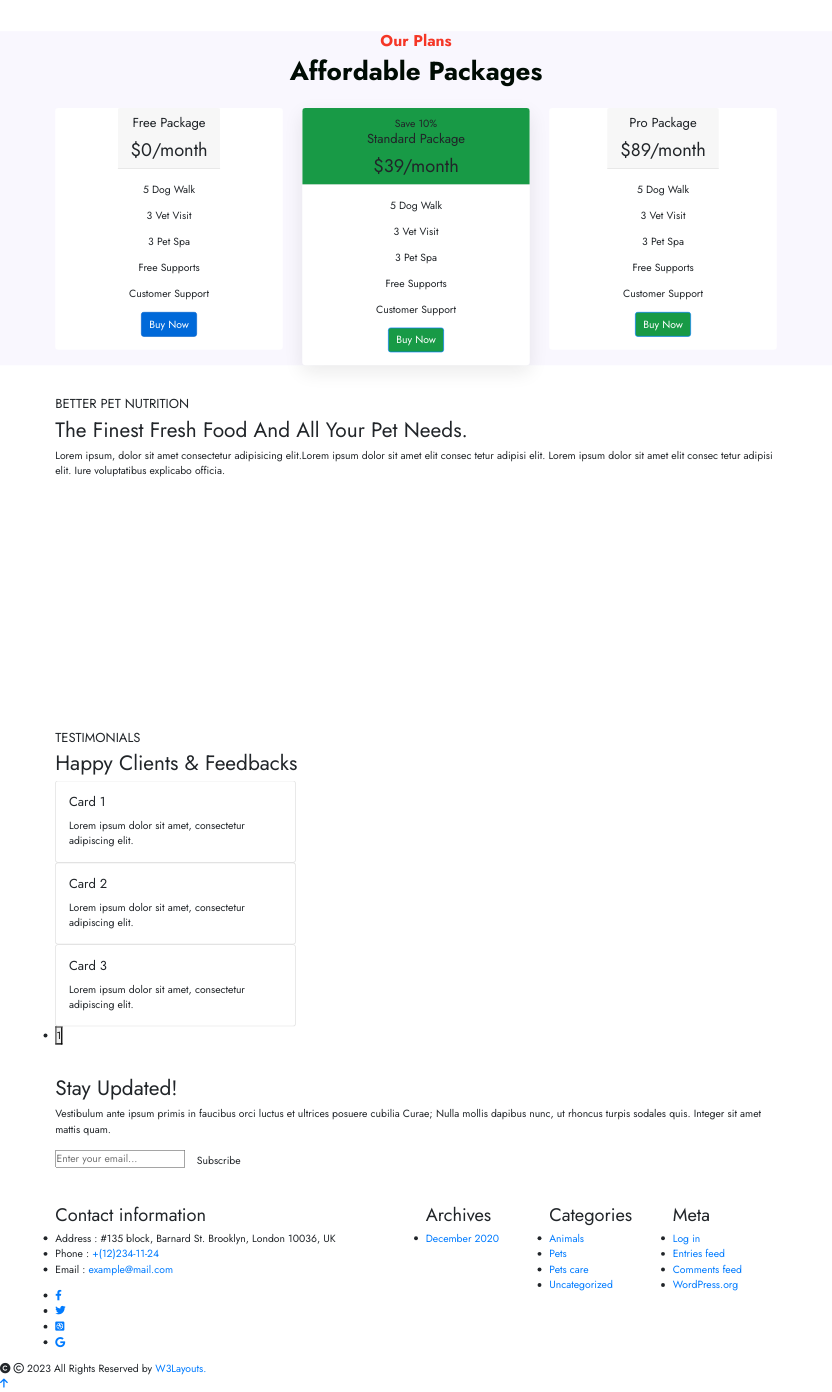
Repository: thanhfrankie/poochcare
Page: index.html
These files come from the project's save history. The page is drawn as it stood at one moment and after a run of saves; the edit follows.
The browser window is 1280 px wide. The pictures show the whole page, at 65% of full size.
The pointer rests on the first visible `.btn-buy`.
Pictures or frames that could not be fetched are drawn as grey boxes.

Above is the page before, as saved 2023-12-20 22:00:22.

### index.html
<!DOCTYPE html>
<html lang="en">
  <head>
    <title>Pooch Care</title>
    <!-- Required meta tags -->
    <meta charset="utf-8" />
    <meta
      name="viewport"
      content="width=device-width, initial-scale=1, shrink-to-fit=no"
    />
    <!-- FONT AWESOME -->
    <link
      rel="stylesheet"
      href="https://cdnjs.cloudflare.com/ajax/libs/font-awesome/6.4.2/css/all.min.css"
      integrity="sha512-z3gLpd7yknf1YoNbCzqRKc4qyor8gaKU1qmn+CShxbuBusANI9QpRohGBreCFkKxLhei6S9CQXFEbbKuqLg0DA=="
      crossorigin="anonymous"
      referrerpolicy="no-referrer"
    />
    <!-- Bootstrap CSS -->
    <link
      rel="stylesheet"
      href="https://stackpath.bootstrapcdn.com/bootstrap/4.3.1/css/bootstrap.min.css"
      integrity="sha384-ggOyR0iXCbMQv3Xipma34MD+dH/1fQ784/j6cY/iJTQUOhcWr7x9JvoRxT2MZw1T"
      crossorigin="anonymous"
    />
    <!-- Font Jost -->
    <link rel="preconnect" href="https://fonts.googleapis.com" />
    <link rel="preconnect" href="https://fonts.gstatic.com" crossorigin />
    <link
      href="https://fonts.googleapis.com/css2?family=Jost:wght@300;400;700&display=swap"
      rel="stylesheet"
    />
    <!-- Pricing CSS -->
    <link rel="stylesheet" href="./css/pricing.css" />
    <!-- pet food CSS (em đặt tên nutrition hay pet-nutrition hay pet__nutrition nó không cho đặt vậy ạ) -->
    <link rel="stylesheet" href="./css/petfood.css" />
    <!-- Testimonials CSS -->
    <link rel="stylesheet" href="./css/testimonials.css" />
    <!-- Subscribe CSS -->
    <link rel="stylesheet" href="./css/subscribe.css" />
    <!-- footer CSS -->
    <link rel="stylesheet" href="./css/footer.css" />
    <!-- Main CSS -->
    <link rel="stylesheet" href="./css/style.css" />
  </head>
  <body>
    <!-- Pricing -->
    <section class="pricing" id="pricing">
      <div class="container mt-5">
        <div class="title">
          <h4>Our Plans</h4>
          <h2>Affordable Packages</h2>
        </div>
        <div class="row mt-6">
          <!-- Pricing Card 1 -->
          <div class="col-lg-4">
            <div class="card">
              <div class="card-header">
                <h5 class="card-title">Free Package</h5>
                <h3 class="card-text">$0/month</h3>
              </div>
              <div class="card-body">
                <p class="card-text">5 Dog Walk</p>
                <p class="card-text">3 Vet Visit</p>
                <p class="card-text">3 Pet Spa</p>
                <p class="card-text">Free Supports</p>
                <p class="card-text">Customer Support</p>
                <a href="#" class="btn btn-primary btn-buy">Buy Now</a>
              </div>
            </div>
          </div>

          <!-- Pricing Card 2 -->
          <div class="col-lg-4">
            <div class="card card2">
              <div class="card-header">
                <div class="card-save">Save 10%</div>
                <h5 class="card-title">Standard Package</h5>
                <h3 class="card-text">$39/month</h3>
              </div>
              <div class="card-body">
                <p class="card-text">5 Dog Walk</p>
                <p class="card-text">3 Vet Visit</p>
                <p class="card-text">3 Pet Spa</p>
                <p class="card-text">Free Supports</p>
                <p class="card-text">Customer Support</p>
                <a href="#" class="btn btn-primary btn-buy">Buy Now</a>
              </div>
            </div>
          </div>

          <!-- Pricing Card 3 -->
          <div class="col-lg-4">
            <div class="card">
              <div class="card-header">
                <h5 class="card-title">Pro Package</h5>
                <h3 class="card-text">$89/month</h3>
              </div>
              <div class="card-body">
                <p class="card-text">5 Dog Walk</p>
                <p class="card-text">3 Vet Visit</p>
                <p class="card-text">3 Pet Spa</p>
                <p class="card-text">Free Supports</p>
                <p class="card-text">Customer Support</p>
                <a href="#" class="btn btn-primary btn-buy">Buy Now</a>
              </div>
            </div>
          </div>
        </div>
      </div>
    </section>
    <!-- PET NUTRITION -->
    <section class="nutrition">
      <div class="container mt-5">
        <h5>BETTER PET NUTRITION</h5>
        <h2>The Finest Fresh Food And All Your Pet Needs.</h2>
        <p>
          Lorem ipsum, dolor sit amet consectetur adipisicing elit.Lorem ipsum
          dolor sit amet elit consec tetur adipisi elit. Lorem ipsum dolor sit
          amet elit consec tetur adipisi elit. Iure voluptatibus explicabo
          officia.
        </p>
        <iframe
          width="560"
          height="315"
          src="https://www.youtube.com/embed/JXUTJNv4j6A?si=1nzgvqwKbkVzJ4BS"
          title="YouTube video player"
          frameborder="0"
          allow="accelerometer; autoplay; clipboard-write; encrypted-media; gyroscope; picture-in-picture; web-share"
          allowfullscreen
        ></iframe>
      </div>
    </section>
    <!-- TESTIMONIALS -->
    <section class="testimonial">
      <div class="container mt-5">
        <h5>TESTIMONIALS</h5>
        <h2>Happy Clients & Feedbacks</h2>
        <div class="slick-carousel">
          <!-- Slick Carousel Item 1 -->
          <div class="card">
            <div class="card-body">
              <h5 class="card-title">Card 1</h5>
              <p class="card-text">
                Lorem ipsum dolor sit amet, consectetur adipiscing elit.
              </p>
            </div>
          </div>

          <!-- Slick Carousel Item 2 -->
          <div class="card">
            <div class="card-body">
              <h5 class="card-title">Card 2</h5>
              <p class="card-text">
                Lorem ipsum dolor sit amet, consectetur adipiscing elit.
              </p>
            </div>
          </div>

          <!-- Slick Carousel Item 3 -->
          <div class="card">
            <div class="card-body">
              <h5 class="card-title">Card 3</h5>
              <p class="card-text">
                Lorem ipsum dolor sit amet, consectetur adipiscing elit.
              </p>
            </div>
          </div>
        </div>
      </div>
    </section>
    <!-- Subscribe -->
    <section class="subscribe">
      <div class="container mt-5">
        <h2>Stay Updated!</h2>
        <p>
          Vestibulum ante ipsum primis in faucibus orci luctus et ultrices
          posuere cubilia Curae; Nulla mollis dapibus nunc, ut rhoncus turpis
          sodales quis. Integer sit amet mattis quam.
        </p>
        <input
          type="email"
          name=""
          id="subscribe"
          placeholder="Enter your email..."
        />
        <button class="btn">Subscribe</button>
      </div>
    </section>
    <footer>
      <div class="container mt-5">
        <div class="row">
          <div class="col-lg-6">
            <h3>Contact information</h3>
            <ul class="footer__contact">
              <li>
                Address : #135 block, Barnard St. Brooklyn, London 10036, UK
              </li>
              <li>
                Phone :
                <span>
                  <a href="#">+(12)234-11-24</a>
                </span>
              </li>
              <li>
                Email :
                <span>
                  <a href="#">example@mail.com</a>
                </span>
              </li>
            </ul>
            <ul class="footer__social">
              <li>
                <a href="https://www.facebook.com/w3layouts/">
                  <i class="fa-brands fa-facebook-f"></i
                ></a>
              </li>
              <li>
                <a href="https://twitter.com/W3layouts"
                  ><i class="fa-brands fa-twitter"></i
                ></a>
              </li>
              <li>
                <a href="https://dribbble.com/w3layouts"
                  ><i class="fa-brands fa-square-dribbble"></i
                ></a>
              </li>
              <li>
                <a href="https://myaccount.google.com/intro/profile"
                  ><i class="fa-brands fa-google"></i
                ></a>
              </li>
            </ul>
          </div>
          <div class="col-lg-6">
            <div class="row">
              <div class="col-sm-4">
                <h3>Archives</h3>
                <ul>
                  <li>
                    <a href="#"> December 2020 </a>
                  </li>
                </ul>
              </div>
              <div class="col-sm-4">
                <h3>Categories</h3>
                <ul>
                  <li>
                    <a href="#"> Animals </a>
                  </li>
                  <li>
                    <a href="#"> Pets </a>
                  </li>
                  <li>
                    <a href="#"> Pets care </a>
                  </li>
                  <li>
                    <a href="#"> Uncategorized </a>
                  </li>
                </ul>
              </div>
              <div class="col-sm-4">
                <h3>Meta</h3>
                <ul>
                  <li>
                    <a href="#"> Log in </a>
                  </li>
                  <li>
                    <a href="#"> Entries feed </a>
                  </li>
                  <li>
                    <a href="#"> Comments feed </a>
                  </li>
                  <li>
                    <a href="#"> WordPress.org </a>
                  </li>
                </ul>
              </div>
            </div>
          </div>
        </div>
      </div>
      <div class="copyright">
        <i class="fa fa-copyright" aria-hidden="true"></i>
        <i class="fa-regular fa-copyright"></i>
        <span
          >2023 All Rights Reserved by
          <a href="https://w3layouts.com/">W3Layouts.</a></span
        >
      </div>
    </footer>
    <a href="#" class="backToTop cd-top text-replace js-cd-top">
      <i class="fa fa-arrow-up"></i>
    </a>
    <!-- Optional JavaScript -->
    <!-- jQuery first, then Popper.js, then Bootstrap JS -->
    <script
      src="https://code.jquery.com/jquery-3.3.1.slim.min.js"
      integrity="sha384-q8i/X+965DzO0rT7abK41JStQIAqVgRVzpbzo5smXKp4YfRvH+8abtTE1Pi6jizo"
      crossorigin="anonymous"
    ></script>
    <script
      src="https://cdnjs.cloudflare.com/ajax/libs/popper.js/1.14.7/umd/popper.min.js"
      integrity="sha384-UO2eT0CpHqdSJQ6hJty5KVphtPhzWj9WO1clHTMGa3JDZwrnQq4sF86dIHNDz0W1"
      crossorigin="anonymous"
    ></script>
    <script
      src="https://stackpath.bootstrapcdn.com/bootstrap/4.3.1/js/bootstrap.min.js"
      integrity="sha384-JjSmVgyd0p3pXB1rRibZUAYoIIy6OrQ6VrjIEaFf/nJGzIxFDsf4x0xIM+B07jRM"
      crossorigin="anonymous"
    ></script>
    <!-- slick carousel  -->
    <script
      src="https://cdnjs.cloudflare.com/ajax/libs/slick-carousel/1.8.1/slick.min.js"
      integrity="sha512-XtmMtDEcNz2j7ekrtHvOVR4iwwaD6o/FUJe6+Zq+HgcCsk3kj4uSQQR8weQ2QVj1o0Pk6PwYLohm206ZzNfubg=="
      crossorigin="anonymous"
      referrerpolicy="no-referrer"
    ></script>
    <script>
      // Initialize Slick Carousel
      $(".slick-carousel").slick({
        slidesToShow: 3,
        slidesToScroll: 1,
        dots: true,
        prevArrow: '<button type="button" class="slick-prev">&#9665;</button>',
        nextArrow: '<button type="button" class="slick-next">&#9655;</button>',
        responsive: [
          {
            breakpoint: 768,
            settings: {
              slidesToShow: 2,
            },
          },
          {
            breakpoint: 576,
            settings: {
              slidesToShow: 1,
            },
          },
        ],
      });
    </script>
  </body>
</html>

### css/pricing.css
.pricing {
  background-color: #f9f7fe;
}
.pricing .container {
  width: 100%;
}
.pricing .container .title {
  display: flex;
  justify-content: center;
  align-items: center;
  flex-direction: column;
  padding-bottom: 25px;
}
.pricing .container .title h4 {
  color: #f53626;
  font-weight: 550;
}
.pricing .title h2 {
  font-size: 40px;
  font-weight: 600;
  line-height: 48px;
  text-transform: capitalize;
  color: #000c04;
}
.pricing .container .row {
  /* border: 1px solid blue; */
}
.pricing .container .row .card {
  display: flex;
  justify-content: center;
  align-items: center;
  flex-direction: column;
  text-align: center;
  background-color: #ffffff;
  border-radius: 5px;
  border: none;
}
.pricing .container .row .card2 {
  box-shadow: 0 10px 30px 0 rgba(17, 17, 17, 0.09);
  z-index: 1;
}
.pricing .container .row .card2 .card-header {
  width: 100%;
  background-color: #189a46;
  border-top-right-radius: 5px;
  border-top-left-radius: 5px;
  line-height: 1.5;
}
.btn-buy {
    background-color: #189a46;
}
.btn-buy:hover {

}

### css/testimonials.css
TESTIMONIALS

### css/style.css
/* Global */
* {
  padding: 0;
  margin: 0;
  box-sizing: border-box;
}
html,
body {
  font-family: "Jost", sans-serif;
}

Loaded but not shown: css/footer.css (no copy from this time; the picture is the same without it); css/petfood.css (no copy from this time; the picture is the same without it); css/subscribe.css (no copy from this time; the picture is the same without it)

After the next 5 saves:
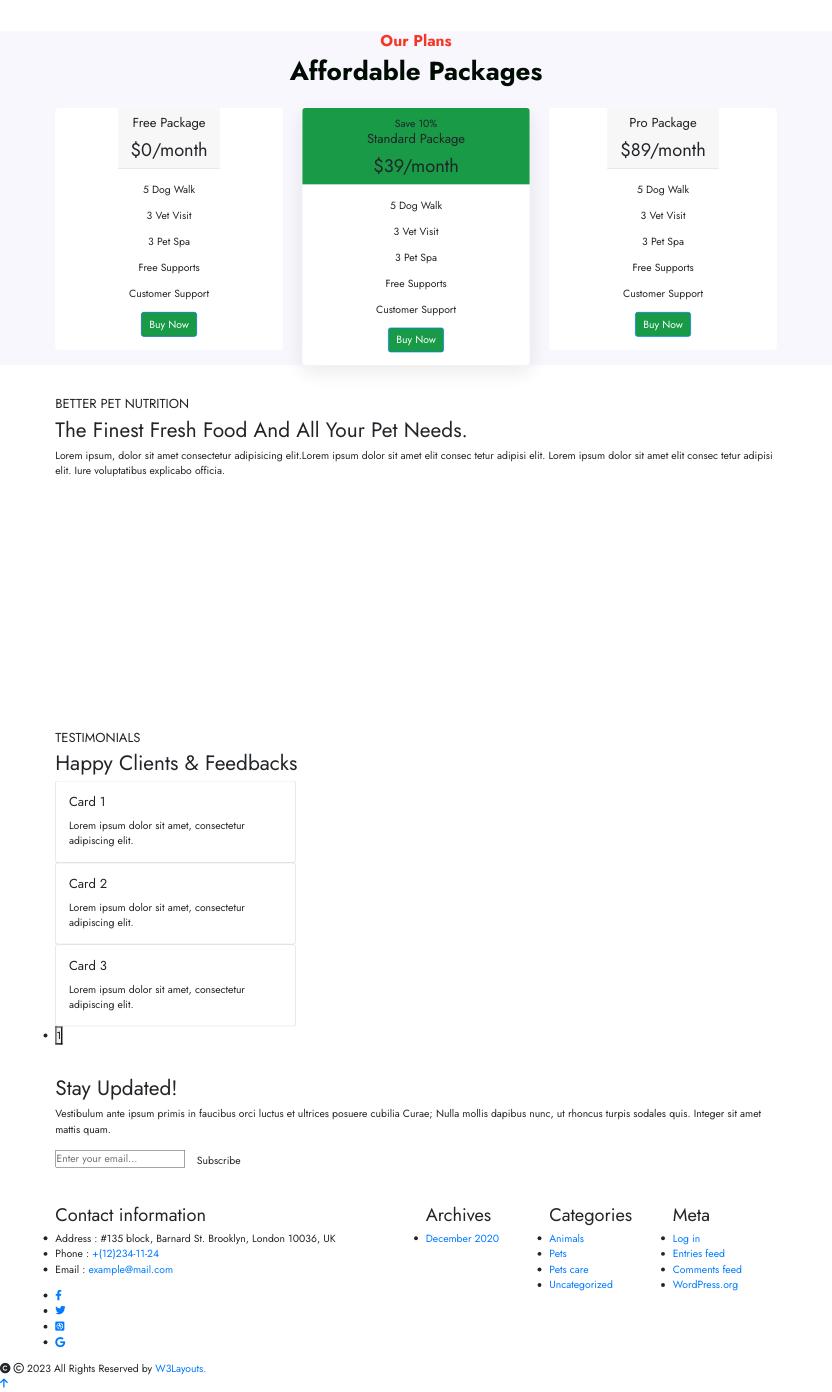
The 5 saves are shown as one change because they came seconds apart.
The last was saved 18 s later.
--- a/css/pricing.css
+++ b/css/pricing.css
@@ -50,5 +50,5 @@
     background-color: #189a46;
 }
 .btn-buy:hover {
-
+    background-color: #189a46;
 }
